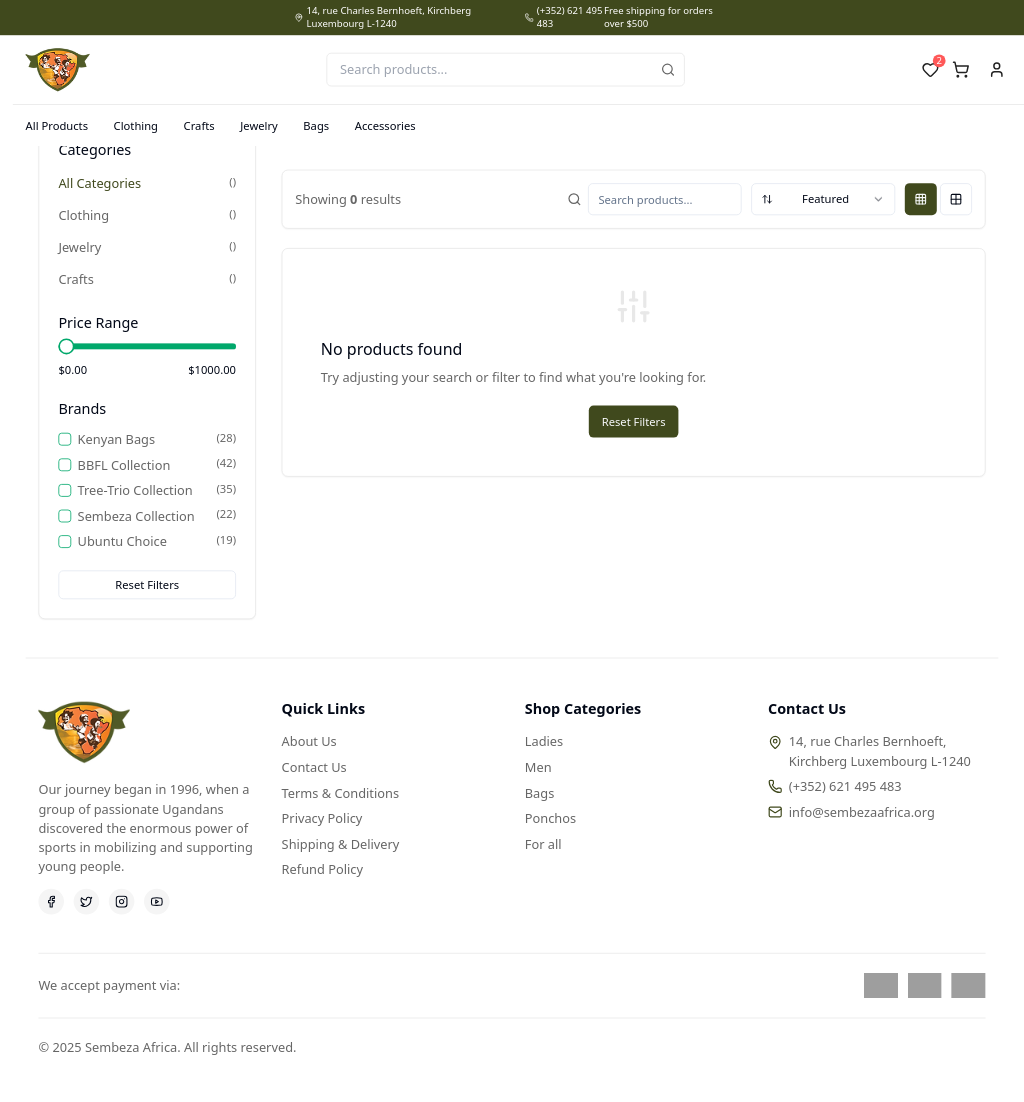
Repository: kaizoku010/smashop
Page: /shop
The author's editor kept a copy of each file at every save. The page is drawn from the files as they stood at one save, then again after a run of saves.
The browser window is 1280 px wide. The pictures show the whole page, at 80% of full size.
Pictures or frames that could not be fetched are drawn as grey boxes. The page's requests for data from a server got no answer. The project was rebuilt for these pictures with package versions that can differ from the ones it lists, and the page was loaded fresh each time. No one was signed in, and anything a server would have sent is missing. Also part of the build but not shown: vite.config.ts, src/components/ui/tooltip.tsx, src/components/hero.css, src/components/Hero.tsx, src/components/ProductCard.tsx, src/components/DealOfMonth.tsx, src/components/Categories.tsx, src/components/EditorsPicks.tsx and 18 more.

Above is the page before, as saved 2025-03-27 17:41:41.

After the next 5 saves:
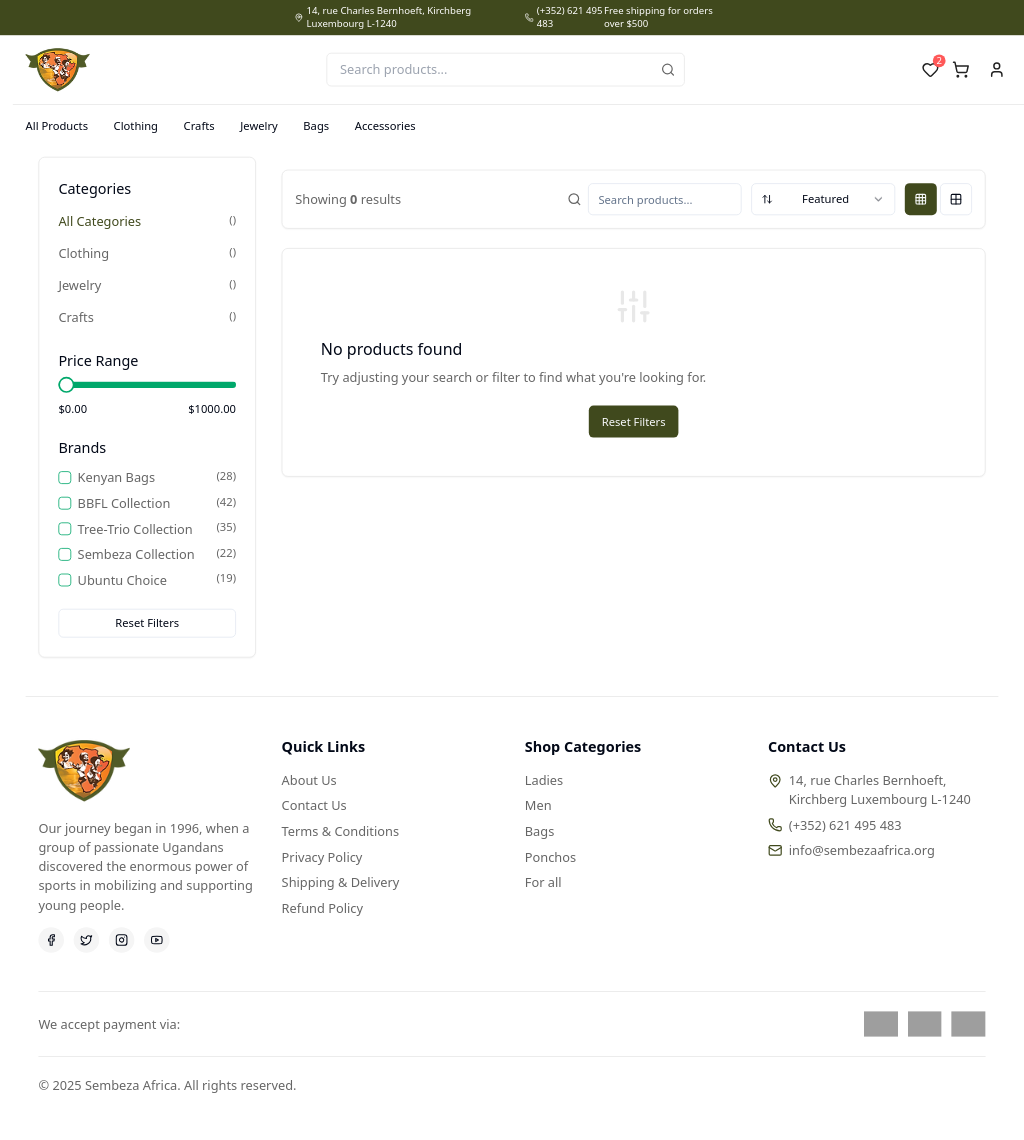
The 5 saves are shown as one change because they came seconds apart.
The last was saved 14 s later.
--- a/src/App.css
+++ b/src/App.css
@@ -22,6 +22,10 @@
   filter: drop-shadow(0 0 2em #61dafbaa);
 }
 
+#sidebar{
+  margin-top: 3rem;
+}
+
 @keyframes logo-spin {
   from {
     transform: rotate(0deg);
